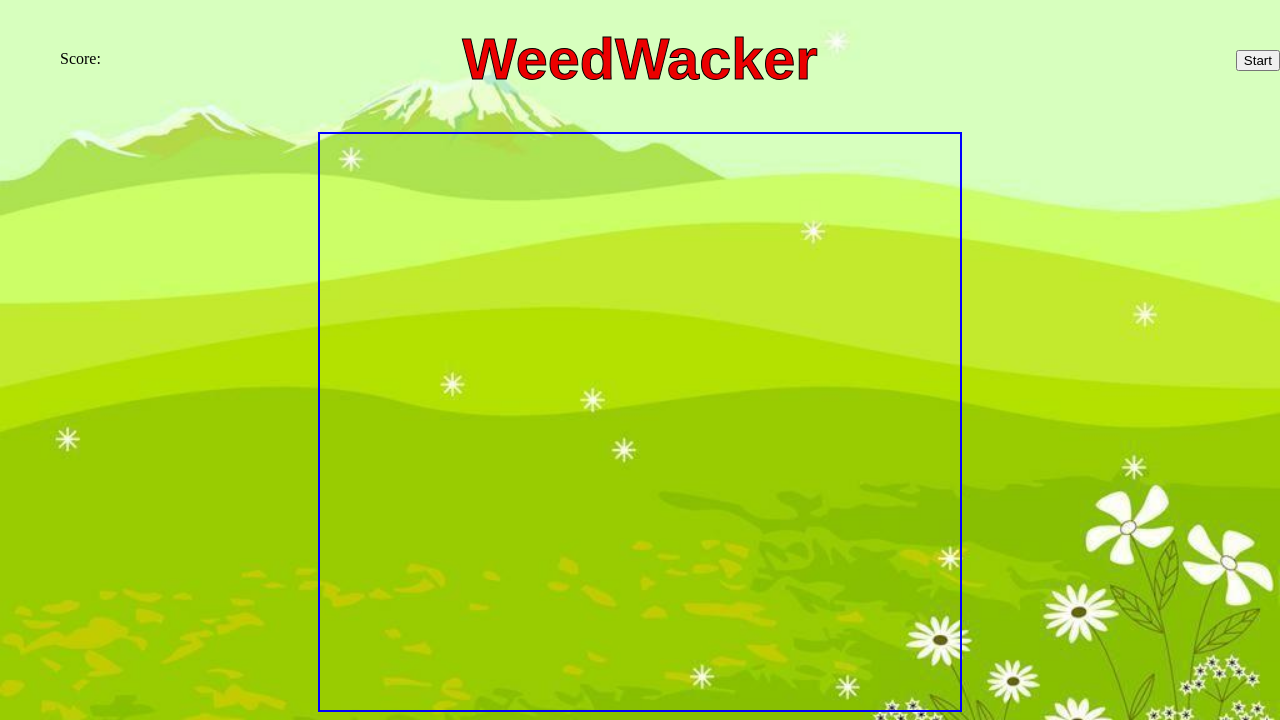
Repository: AustinW24/weedwacker
Page: index.html
The author's editor kept a copy of each file at every save. The page is drawn from the files as they stood at one save, then again after the next save.
The browser window is 1280 px wide. The pictures show the whole page.
Some web fonts or font styles are not loaded; a fallback is used.

Above is the page before, as saved 2022-02-09 10:04:41.

After the next save:
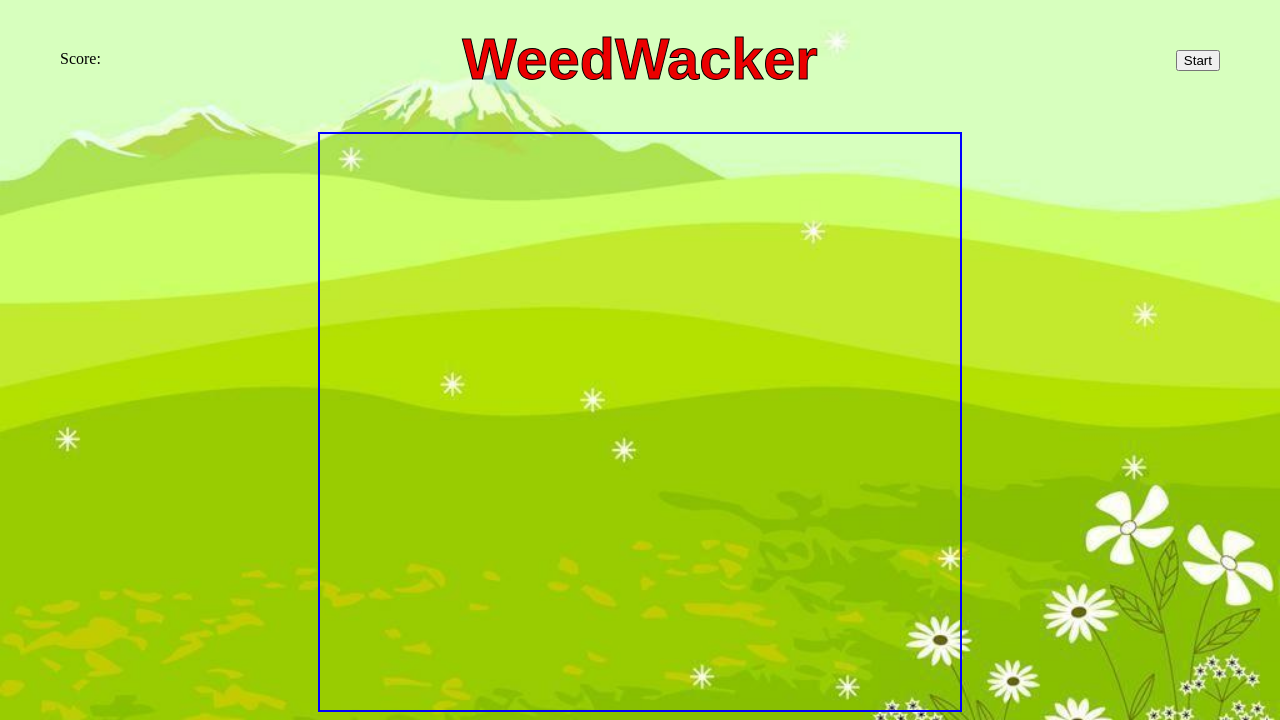
Saved 14 s later.
--- a/style.css
+++ b/style.css
@@ -56,5 +56,5 @@
     position: absolute;
     top: 0;
     margin-top: 50px;
-    margin-left: 60px;
+    margin-right: 60px;
 }
